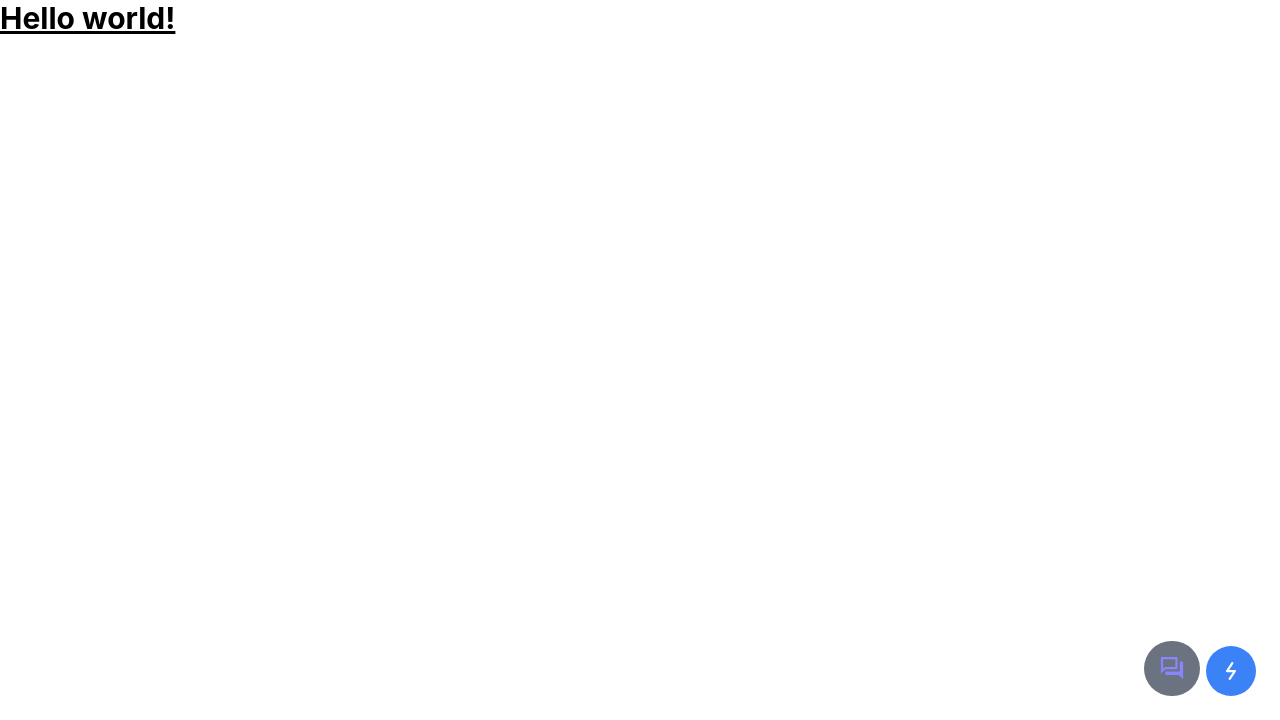
Repository: farrelmuhammad/quick-chat-task
Page: /, after clicking the first element matching `button.bg-blue-500`
The author's editor kept a copy of each file at every save. The page is drawn from the files as they stood at one save, then again after a run of saves.
The browser window is 1280 px wide. The pictures show the whole page.
The project was rebuilt for these pictures with package versions that can differ from the ones it lists, and the page was loaded fresh each time. Also part of the build but not shown: src/App.css.

Above is the page before, as saved 2023-09-18 10:41:31.

After the next 2 saves:
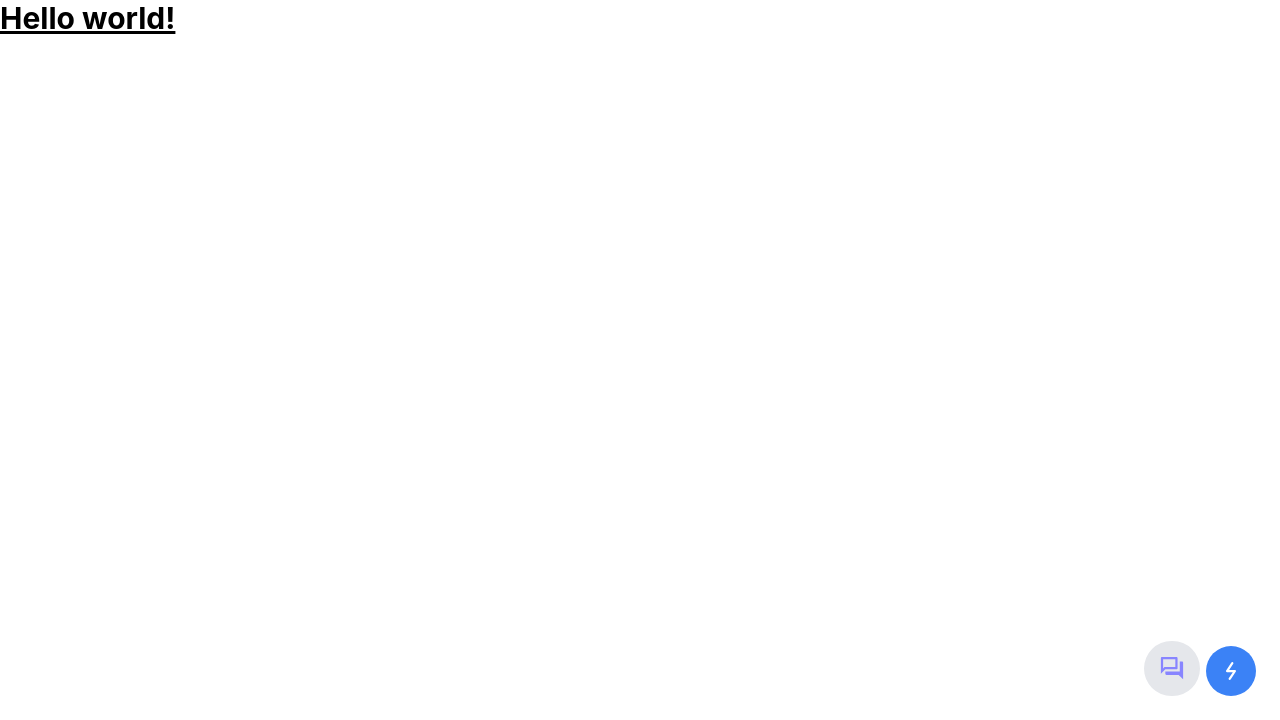
The 2 saves are shown as one change because they came seconds apart.
The last was saved 9 s later.
--- a/src/App.js
+++ b/src/App.js
@@ -22,7 +22,7 @@ function App() {
 
       {showAdditionalButtons && (
         <div className="fixed bottom-6 right-20">
-          <button className="bg-gray-500 text-white cursor-pointer transition hover:bg-blue-700 p-4 rounded-full">
+          <button className="bg-gray-200 text-white cursor-pointer transition hover:bg-blue-700 p-4 rounded-full">
             <svg width="24" height="23" viewBox="0 0 24 23" fill="none" xmlns="http://www.w3.org/2000/svg">
               <path fill-rule="evenodd" clip-rule="evenodd" d="M16.4443 0.110657H1.9999C1.38879 0.110657 0.888794 0.610657 0.888794 1.22177V16.7773L5.33324 12.3329H16.4443C17.0555 12.3329 17.5555 11.8329 17.5555 11.2218V1.22177C17.5555 0.610657 17.0555 0.110657 16.4443 0.110657ZM15.3332 2.3328V10.1106H4.41103L3.75547 10.7661L3.11103 11.4106V2.3328H15.3332ZM19.7777 4.55512H21.9999C22.611 4.55512 23.111 5.05512 23.111 5.66623V22.3329L18.6666 17.8885H6.44435C5.83324 17.8885 5.33324 17.3885 5.33324 16.7773V14.5551H19.7777V4.55512Z" fill="#8885FF" />
             </svg>
